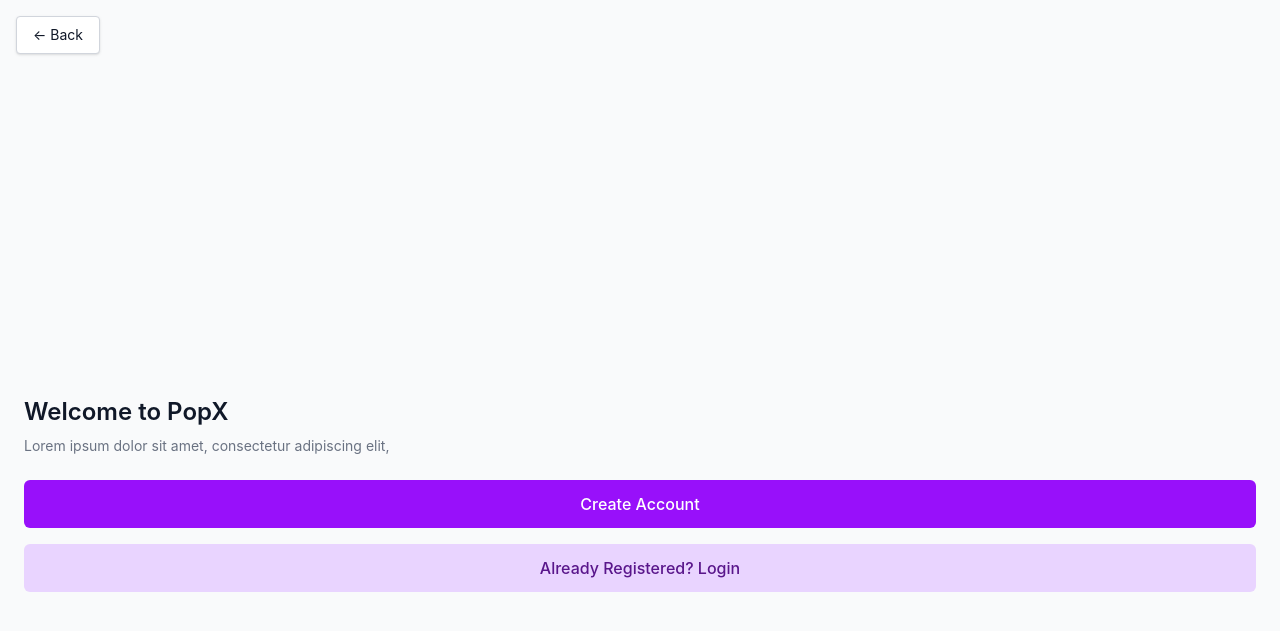
Repository: tanayburbure/inter
Page: /
An editor plug-in stored every save of this project. The page is shown before and after the next save, followed by the edit.
The browser window is 1280 px wide. The pictures show the whole page.
The project was rebuilt for these pictures with package versions that can differ from the ones it lists, and the page was loaded fresh each time. Also part of the build but not shown: vite.config.js, src/pages/Login.jsx, src/pages/Signup.jsx, src/pages/Account.jsx.

Above is the page before, as saved 2025-06-17 22:15:30.

### src/index.css
@import "tailwindcss";

body {
  font-family: 'Inter', sans-serif;
}

### src/App.jsx
import React from "react";
import { BrowserRouter as Router, Routes, Route, useLocation, useNavigate } from "react-router-dom";
import Welcome from "./pages/Welcome";
import Login from "./pages/Login";
import Signup from "./pages/Signup";
import Account from "./pages/Account";

function BackButton() {
  const location = useLocation();
  const navigate = useNavigate();

  // Only show the button if we're on the Welcome page
  if (location.pathname !== "/") return null;

  return (
    <button
      onClick={() => navigate(-1)}
      className="absolute top-4 left-4 px-4 py-2 bg-white border border-gray-300 rounded shadow text-sm hover:bg-gray-50"
    >
      ← Back
    </button>
  );
}

export default function App() {
  return (
    <Router>
      <div className="relative min-h-screen bg-gray-100 text-gray-900">
        <BackButton />
        <Routes>
          <Route path="/" element={<Welcome />} />
          <Route path="/login" element={<Login />} />
          <Route path="/signup" element={<Signup />} />
          <Route path="/account" element={<Account />} />
        </Routes>
      </div>
    </Router>
  );
}

### src/pages/Welcome.jsx
import { useNavigate } from 'react-router-dom';

export default function Welcome() {
  const navigate = useNavigate();

  return (
    <div className="min-h-screen flex flex-col justify-end px-6 py-12 bg-gray-50">
      <div className="mb-20">
        <h1 className="text-2xl font-semibold text-gray-900 mb-2">Welcome to PopX</h1>
        <p className="text-sm text-gray-500 mb-6">
          Lorem ipsum dolor sit amet, consectetur adipiscing elit,
        </p>
        <button
          onClick={() => navigate('/signup')}
          className="w-full bg-purple-600 text-white py-3 rounded-md font-medium mb-4"
        >
          Create Account
        </button>
        <button
          onClick={() => navigate('/login')}
          className="w-full bg-purple-200 text-purple-900 py-3 rounded-md font-medium"
        >
          Already Registered? Login
        </button>
      </div>
    </div>
  );
}

Loaded but not shown: index.html (common file); src/main.jsx (common file)

After the next save:
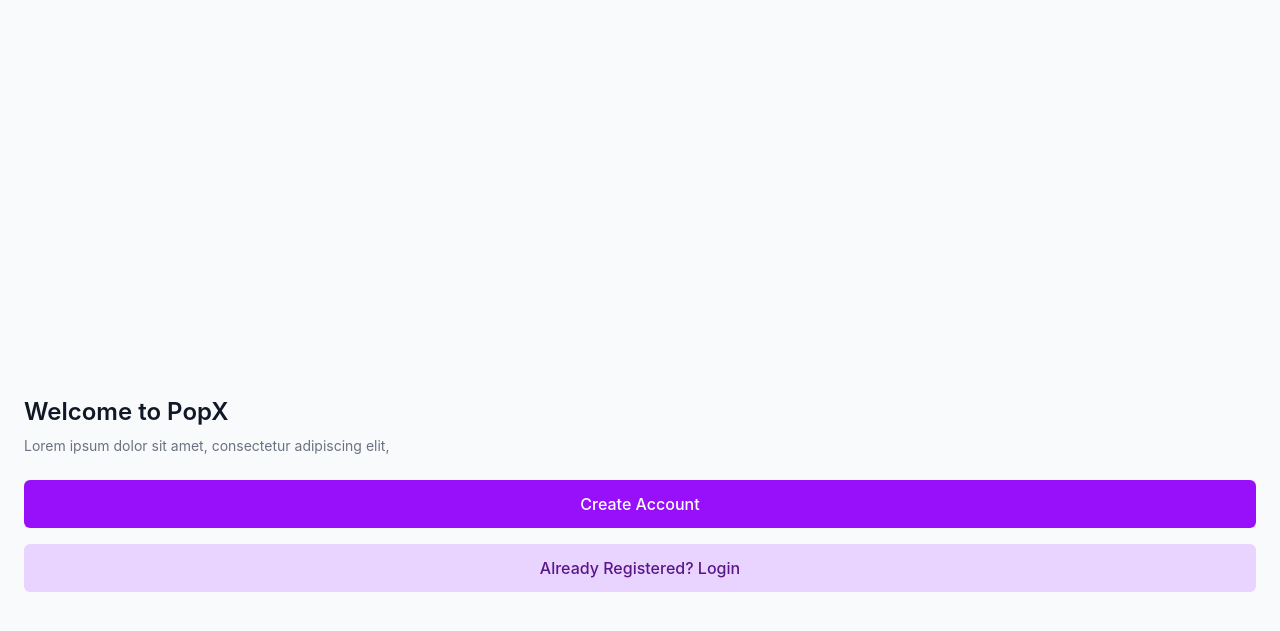
Saved 88 s later.
--- a/src/App.jsx
+++ b/src/App.jsx
@@ -9,8 +9,8 @@
   const location = useLocation();
   const navigate = useNavigate();
 
-  // Only show the button if we're on the Welcome page
-  if (location.pathname !== "/") return null;
+  // Hide the button only on the Welcome page
+  if (location.pathname === "/") return null;
 
   return (
     <button
